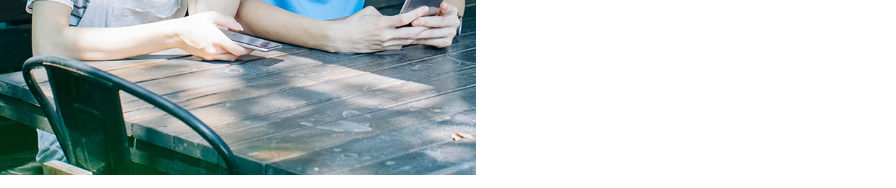
Repository: hanyaping3/tengxun2011
Page: src/register.html
These files come from the project's save history. The page is drawn as it stood at one moment and after a run of saves; the edit follows.
The browser window is 1280 px wide. The pictures show the part of the page from y = 750 to 2670 px (the page is 1018 px tall before and 3000 px after), at 70% of full size.
The style sheet was rebuilt from its Sass, Less or Tailwind sources for each picture, by a compiler version that may differ from the author's.

Above is the page before, as saved 2021-01-28 22:55:26.

### src/register.html
<!DOCTYPE html>
<html lang="en">
<head>
    <meta charset="UTF-8">
    <meta name="viewport" content="width= , initial-scale=1.0">
    <meta http-equiv="X-UA-Compatible" content="ie=edge">
    <title>Document</title>
    <link rel="stylesheet" href="css/register.css">
    <link rel="stylesheet" href="css/reset.css">
</head>

<body>
    <div id="banner">
        <img src="img/r8.jpg" alt="">
        <img src="" alt="">
        <img src="" alt="">
    </div>
    <div id="textbox">

    </div>
</body>
</html>

### src/scss/register.scss
//轮播图
#banner{
    width:680px;
    height:1000px
}

### src/scss/reset.scss
/* 清除浏览器的默认间距 */
@charset "utf-8";
*{
    margin: 0;padding: 0
}
/* 清除b、strong标签的默认样式 */
h2,h3,h4,h5,h6,b,strong{
    font-weight: normal
}
/* 清除i、em标签的默认样式 */
i,em{
    font-style: normal
}
/* 清除a、u标签的默认下划线 */
a,u{
    text-decoration: none
}
/* 清除列表默认样式符号 */
ul,li{
    list-style: none
}
/* 解决行内块元素基线对齐的问题 */
img,input{
    vertical-align: middle
}

After the next 4 saves:
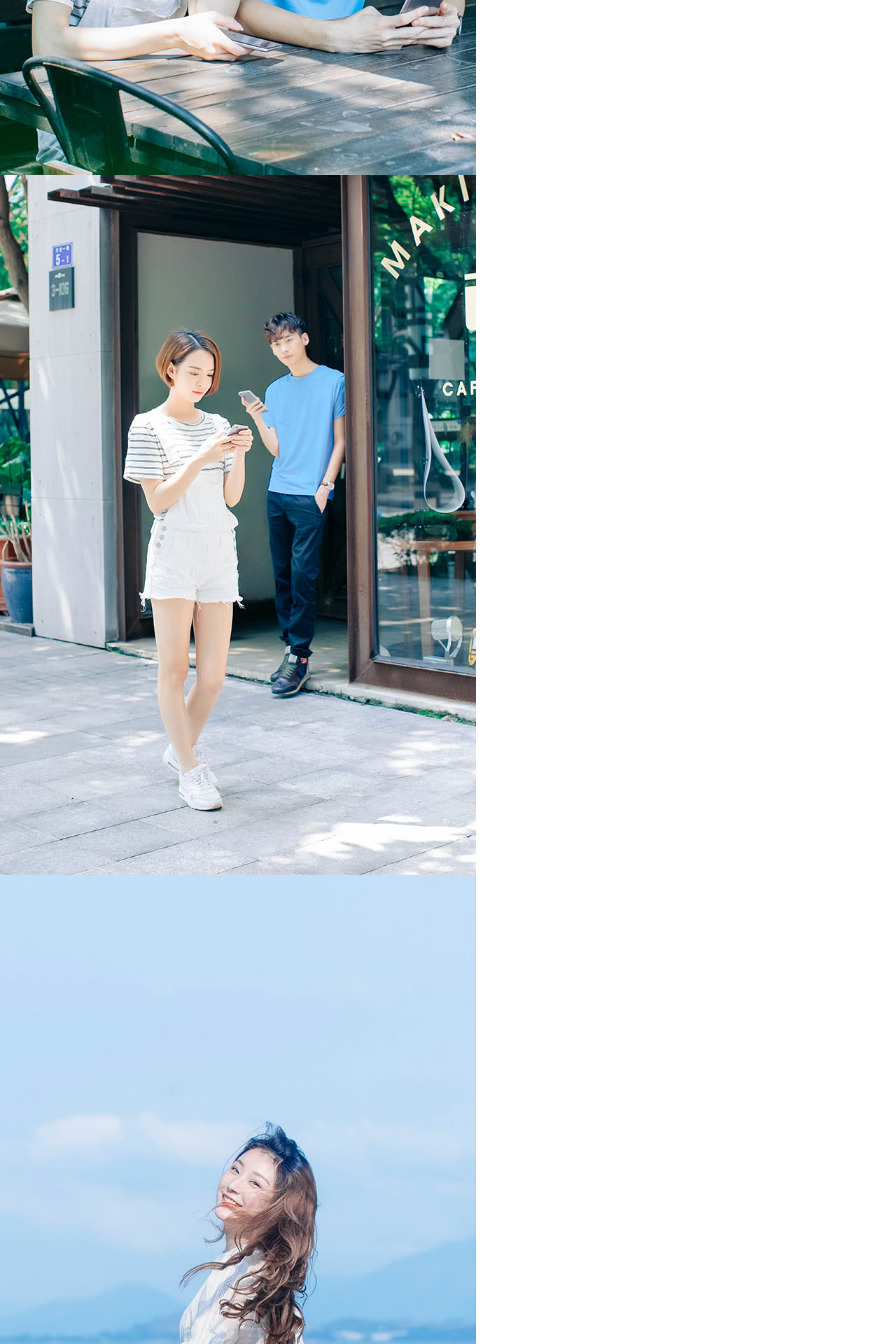
The 4 saves are shown as one change because they came seconds apart.
The last was saved 11 s later.
--- a/src/register.html
+++ b/src/register.html
@@ -12,8 +12,8 @@
 <body>
     <div id="banner">
         <img src="img/r8.jpg" alt="">
-        <img src="" alt="">
-        <img src="" alt="">
+        <img src="img/r88.jpg" alt="">
+        <img src="img/r888.jpg" alt="">
     </div>
     <div id="textbox">
 
